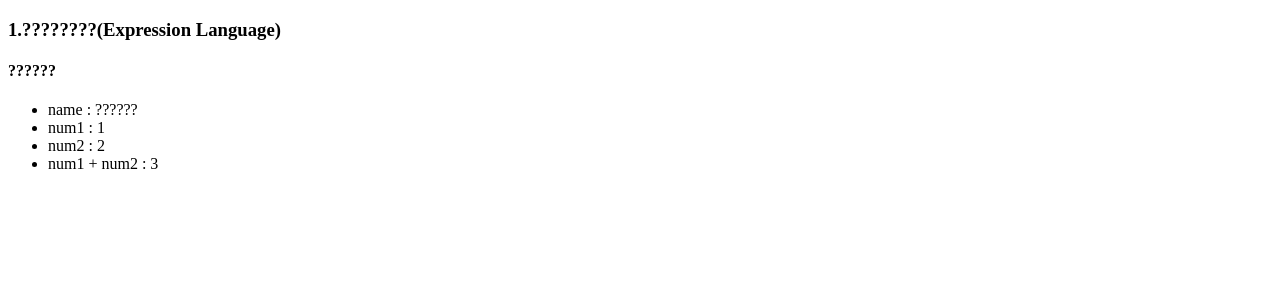
Repository: donghobu/JSP
Page: http://localhost/Ch11/11-1.jsp
An editor plug-in stored every save of this project. The page is shown before and after the next save, followed by the edit.
The browser window is 1280 px wide. The pictures show the whole page.
The page is served by Tomcat 9.

Above is the page before, as saved 2020-07-13 01:12:38.

### Ch11/WebContent/11-1.jsp
<%@ pagecontentType="text/html;charset charset=EUC-KR"
    pageEncoding="EUC-KR"%>
<!DOCTYPE html>
<html>
<head>
<meta charset="EUC-KR">
<title>Insert title here</title>
</head>
<body>
	<h3>1.표현언어(Expression Language)</h3>
	<%
		String name = "홍길동";
		int num1 = 1;
		int num2 = 2;
	%>
	<h4>표현식</h4>
	<ul>
		<li>name : <%= name %></li>
		<li>num1 : <%= num1 %></li>
		<li>num2 : <%= num2 %></li>
		<li>num1 + num2 : <%= num1 + num2 %></li>
	</ul>

</body>
</html>

After the next save:
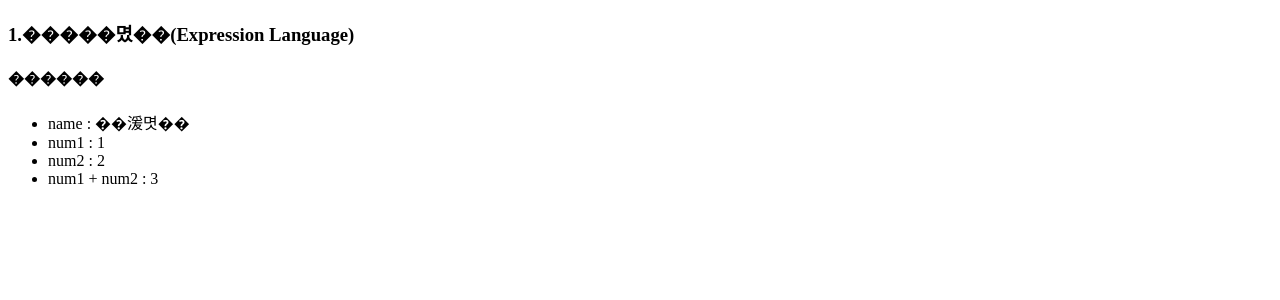
Saved 20 s later.
--- a/Ch11/WebContent/11-1.jsp
+++ b/Ch11/WebContent/11-1.jsp
@@ -1,4 +1,4 @@
-<%@ pagecontentType="text/html;charset charset=EUC-KR"
+<%@ pagecontentType="text/html;charset=UTF-8"
     pageEncoding="EUC-KR"%>
 <!DOCTYPE html>
 <html>
